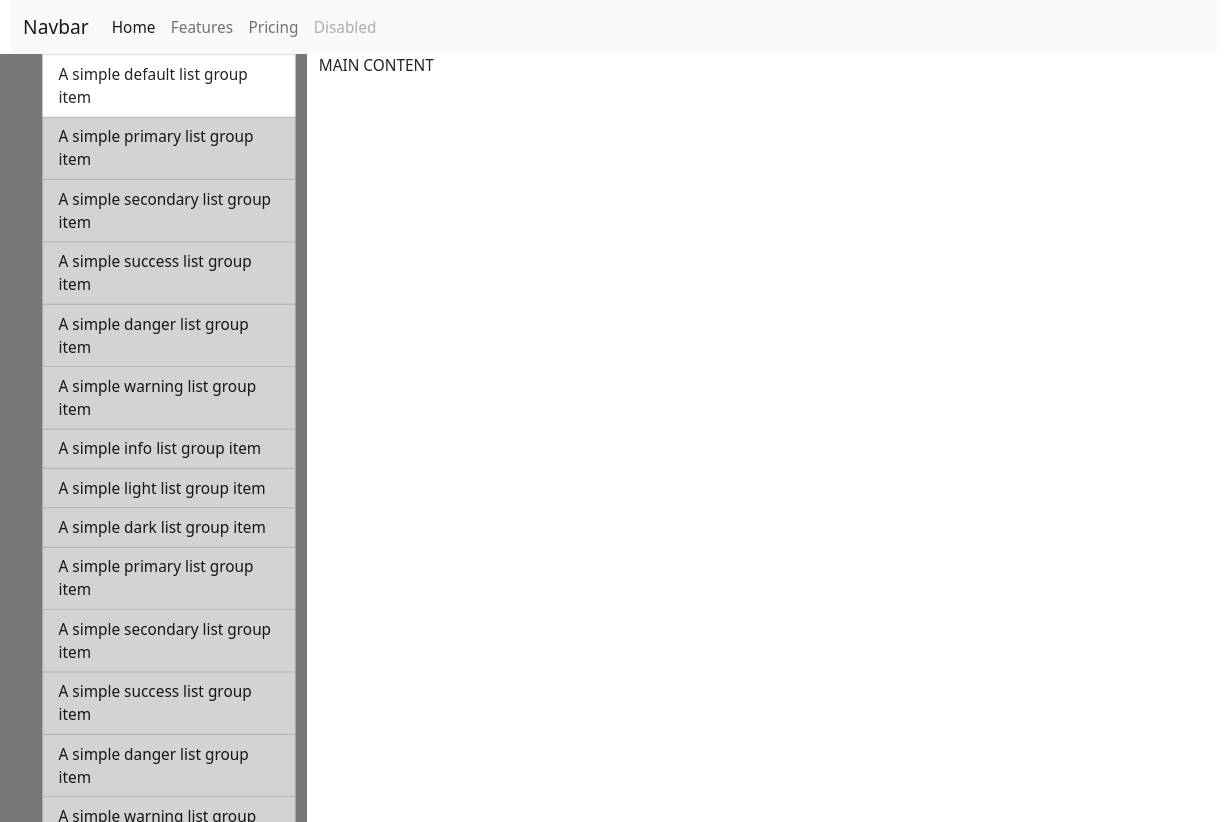
Repository: Dayvid0/BOOTSTRAP-TUTORIALS
Page: BOOTSTRAP-GRID-LAYOUTS/ibmexample.html
These files come from the project's save history. The page is drawn as it stood at one moment and after the next save; the edit follows.
The browser window is 1280 px wide. The pictures show the whole page, at 96% of full size.

Above is the page before, as saved 2025-01-25 09:25:11.

After the next save:
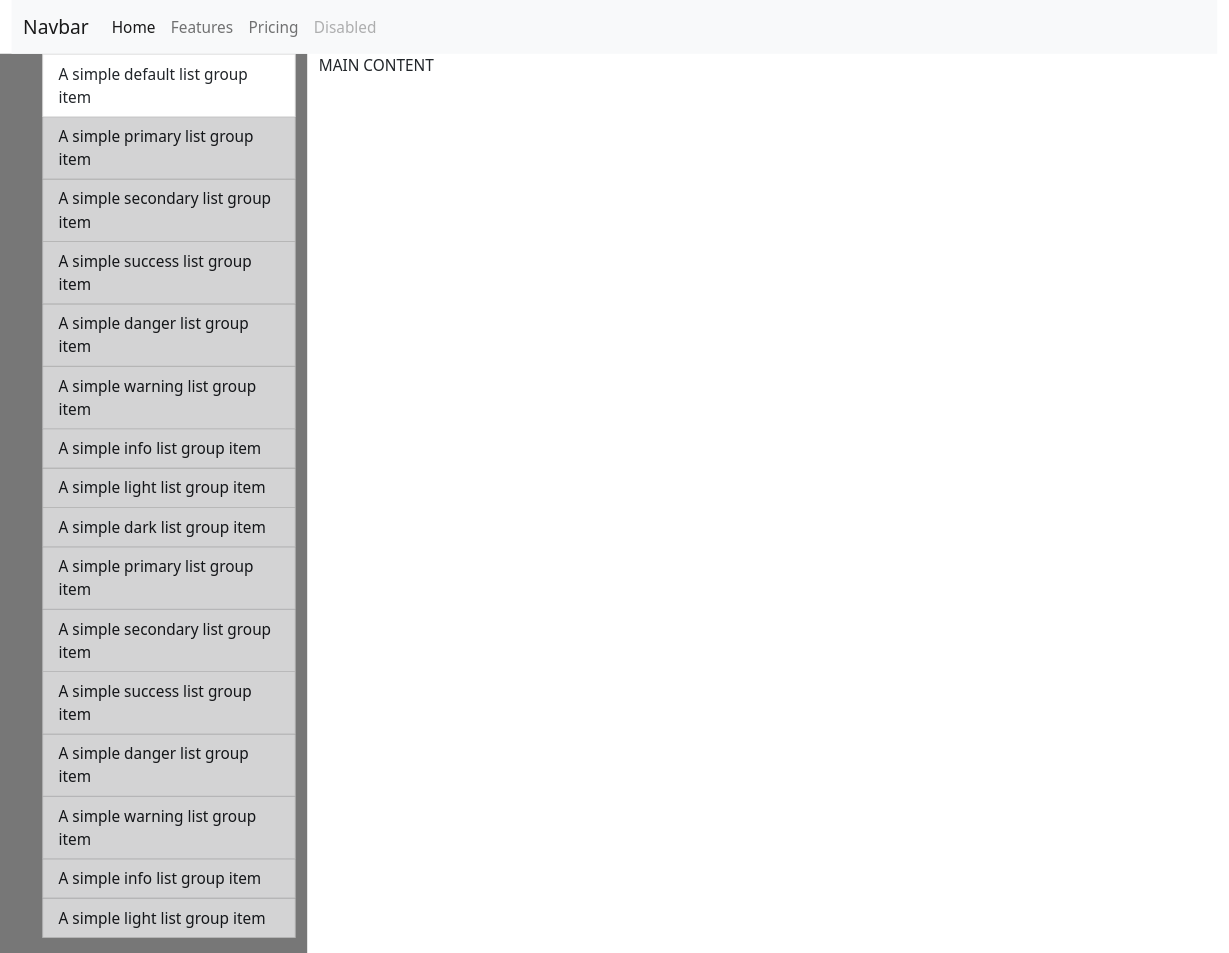
Saved 7 s later.
--- a/BOOTSTRAP-GRID-LAYOUTS/ibm-style.css
+++ b/BOOTSTRAP-GRID-LAYOUTS/ibm-style.css
@@ -1,5 +1,5 @@
 .sidebar {
   background-color: #777;
-  max-height: 800px;
+  max-height: 1000px;
   overflow-y: scroll;
 }
